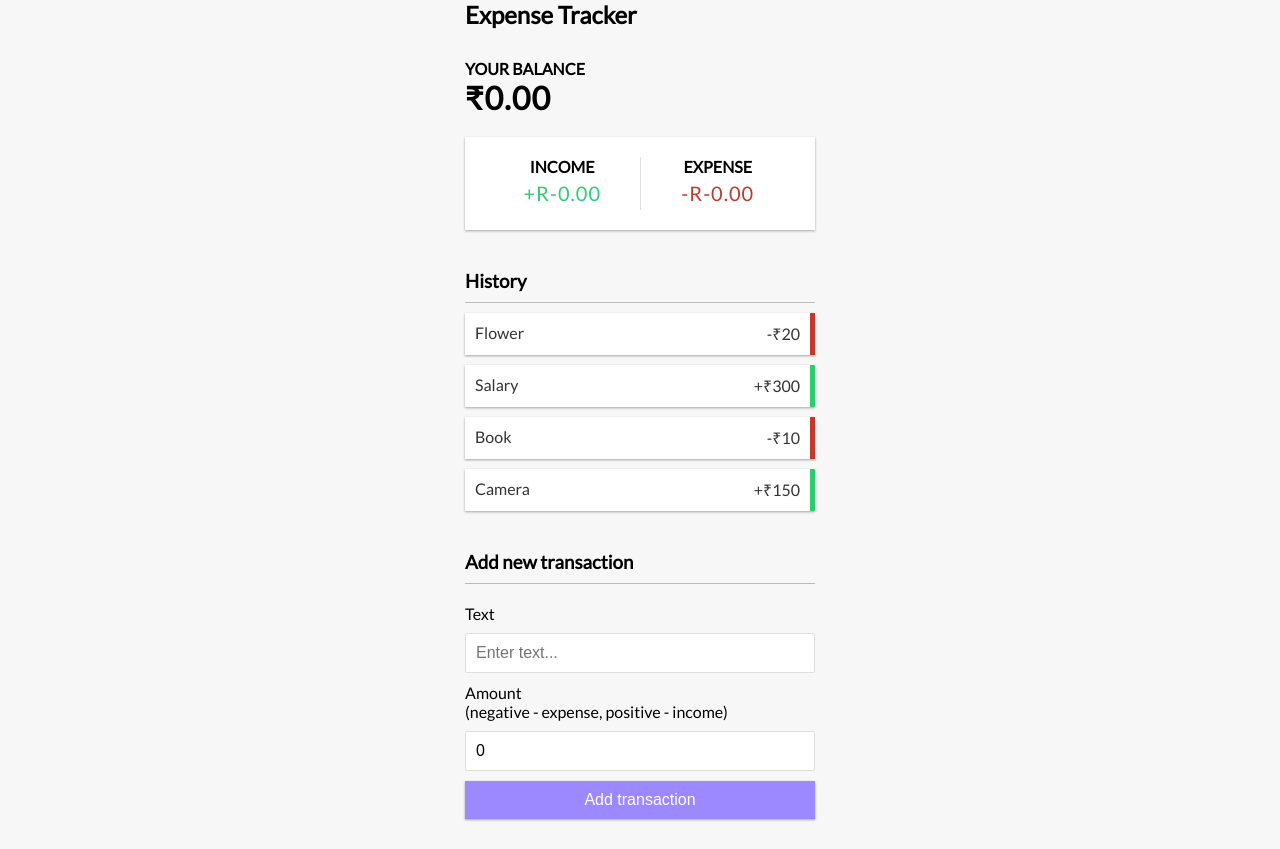
Repository: ramtoppo12/expense_frontend
Page: /
The author's editor kept a copy of each file at every save. The page is drawn from the files as they stood at one save, then again after a run of saves.
The browser window is 1280 px wide. The pictures show the whole page.
The page's requests for data from a server got no answer. The project was rebuilt for these pictures with package versions that can differ from the ones it lists, and the page was loaded fresh each time. No one was signed in, and anything a server would have sent is missing.

Above is the page before, as saved 2020-11-20 23:26:51.

### src/Header.js
import React from 'react';
import axios from "axios";

export default function Header() {

    return (
        <>
            <h2>Expense Tracker</h2>

        </>
    )
}

### src/IncomeExpense.js
import React from 'react'

export default function IncomeExpense() {
    return (
          <div className="inc-exp-container">
        <div>
          <h4>Income</h4>
          <p className="money plus">+R-0.00</p>
        </div>
        <div>
          <h4>Expense</h4>
          <p className="money minus">-R-0.00</p>
        </div>
      </div>
    )
}

### src/Balance.js
import React,{useContext} from 'react';
import { GlobalContext } from "./GlobalState";


export default function Balance() {
  const { transections }  = useContext(GlobalContext);

    return (
        <div>
             <h4>Your Balance</h4>
      <h1 id="balance">₹0.00</h1>
        </div>
    )
}

### src/History.js
import React,{ useContext } from 'react';
import { GlobalContext } from "./GlobalState";
import Transection from './Transection';

export default function History() {
  const { transections }  = useContext(GlobalContext);

    return (
        <>
          <h3>History</h3>
      <ul id="list" className="list">
         {transections.map(transection => (<Transection key={ transection.id } transection={ transection } />))}
      </ul>
        </>
    )
}

### src/AddnewTransection.js
import React, { useState } from 'react'

export default function AddnewTransection() {

    const [text,setText] = useState('');
    const [amount,setAmount] = useState(0);


    return (
        <>
            <h3>Add new transaction</h3>
      <form>
        <div className="form-control">
          <label htmlFor="text">Text</label>
          <input type="text" value={text} onChange={(e)=>setText(e.target.value)} placeholder="Enter text..." />
        </div>
        <div className="form-control">
          <label htmlFor="amount"
            >Amount <br />
            (negative - expense, positive - income)</label
          >
          <input type="number" value={amount} onChange={(e)=>setAmount(e.target.value)}  placeholder="Enter amount..." />
        </div>
        <button className="btn" type="submit">Add transaction</button>
      </form>
        </>
    )
}

### src/GlobalState.js
import React,{createContext,useReducer} from "react";
import AppReducer from "./AppReducer";

//initial state

const initialState ={
    transections: [
   { id: 1, text: 'Flower', amount: -20 },
   { id: 2, text: 'Salary', amount: 300 },
   { id: 3, text: 'Book', amount: -10 },
   { id: 4, text: 'Camera', amount: 150 }
],
}

// create context
export const GlobalContext = createContext(initialState);

//provider component
export const GlobalProvider = ({children}) =>{
    const [state,dispatch] = useReducer(AppReducer,initialState);
    return(<GlobalContext.Provider value={{
        transections:state.transections
    }}>
        {children}
    </GlobalContext.Provider>)
}

### src/Transection.js
import React from 'react'

export default function Transection({transection}) {
     const sign = transection.amount < 0 ? '-' : '+';
    return (
        <li className={transection.amount < 0 ? "minus":"plus"}>
          {transection.text} <span>{sign}₹{Math.abs(transection.amount)}</span><button className="delete-btn">x</button>
        </li>
    )
}

### src/AppReducer.js
export default (state,action) =>{
    switch(action.type){
        default:
            return state;
    }
}

Loaded but not shown: public/index.html (common file); src/index.js (common file); src/index.css (common file); src/App.js (common file); src/reportWebVitals.js (common file); src/App.css (common file)

After the next 2 saves:
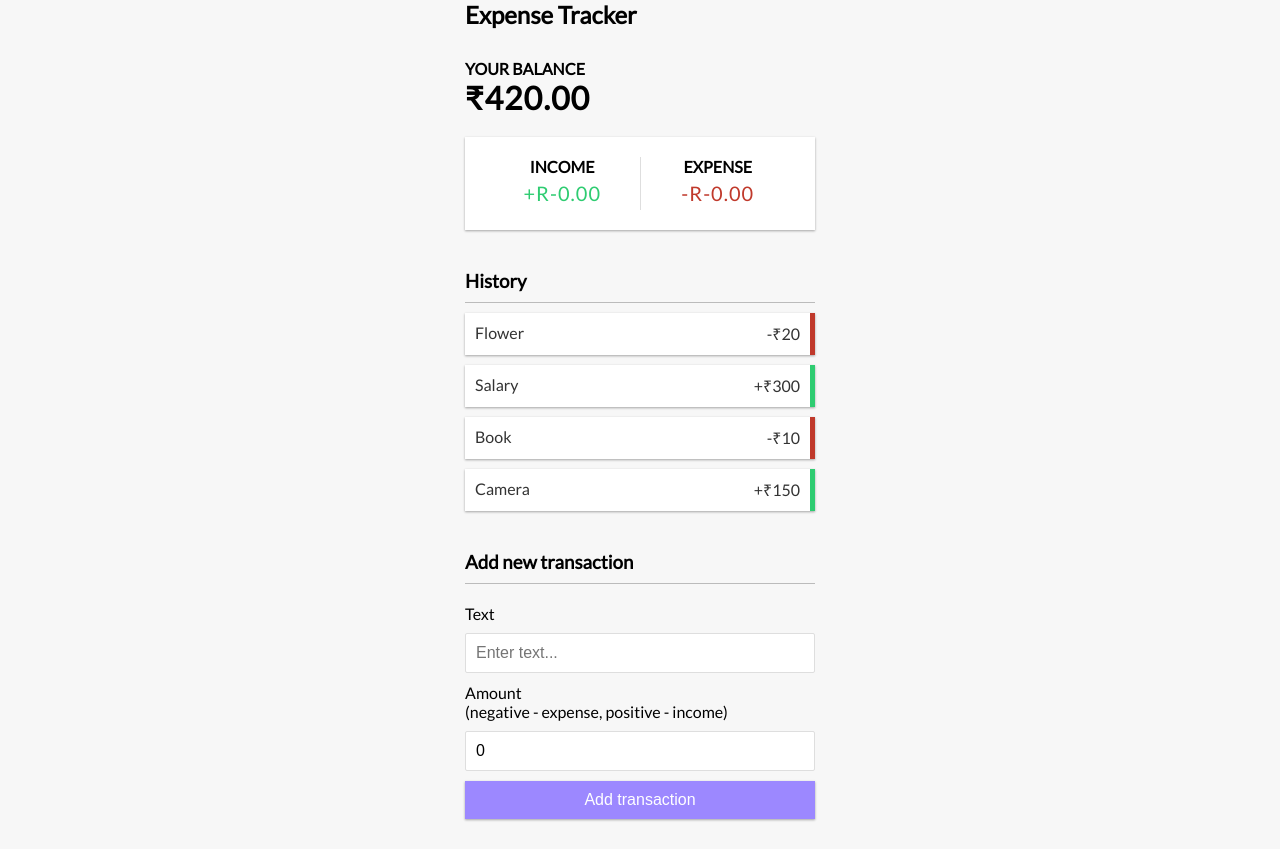
The 2 saves are shown as one change because 1 did not build or start.
The last was saved 2 min 5 s later.
--- a/src/Balance.js
+++ b/src/Balance.js
@@ -4,11 +4,14 @@ import { GlobalContext } from "./GlobalState";
 
 export default function Balance() {
   const { transections }  = useContext(GlobalContext);
+  const amounts = transections.map(transection => transection.amount);
+
+  const total = amounts.reduce((acc, item) => (acc += item), 0).toFixed(2);
 
     return (
         <div>
              <h4>Your Balance</h4>
-      <h1 id="balance">₹0.00</h1>
+    <h1 id="balance">₹{total}</h1>
         </div>
     )
 }
